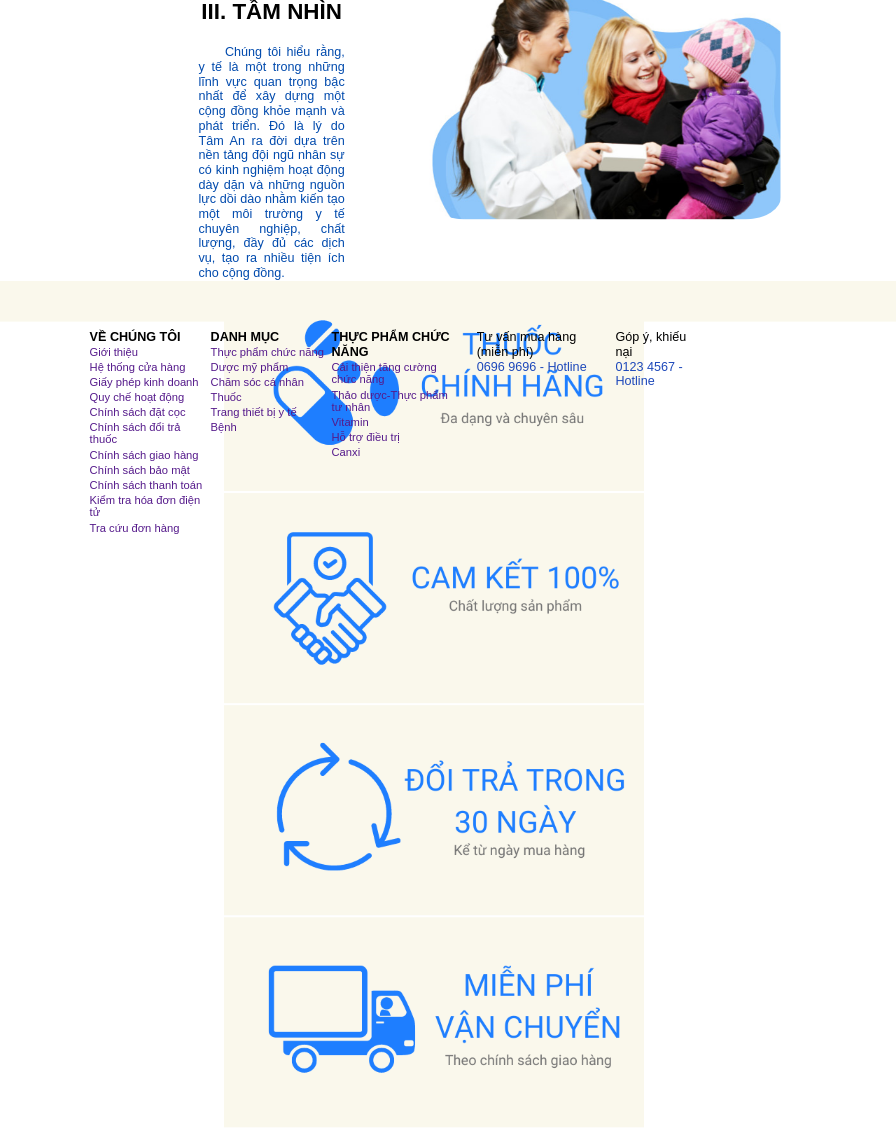
Repository: ViralAIWorks/TamAnPharmacy.github.io
Page: pages/thongtin.html
The author's editor kept a copy of each file at every save. The page is drawn from the files as they stood at one save, then again after the next save.
The browser window is 1280 px wide. The pictures show the part of the page from y = 2118 to 4038 px (the page is 3732 px tall before and 4038 px after), at 70% of full size.
Some web fonts or font styles are not loaded; a fallback is used.

Above is the page before, as saved 2022-03-16 08:36:09.

After the next save:
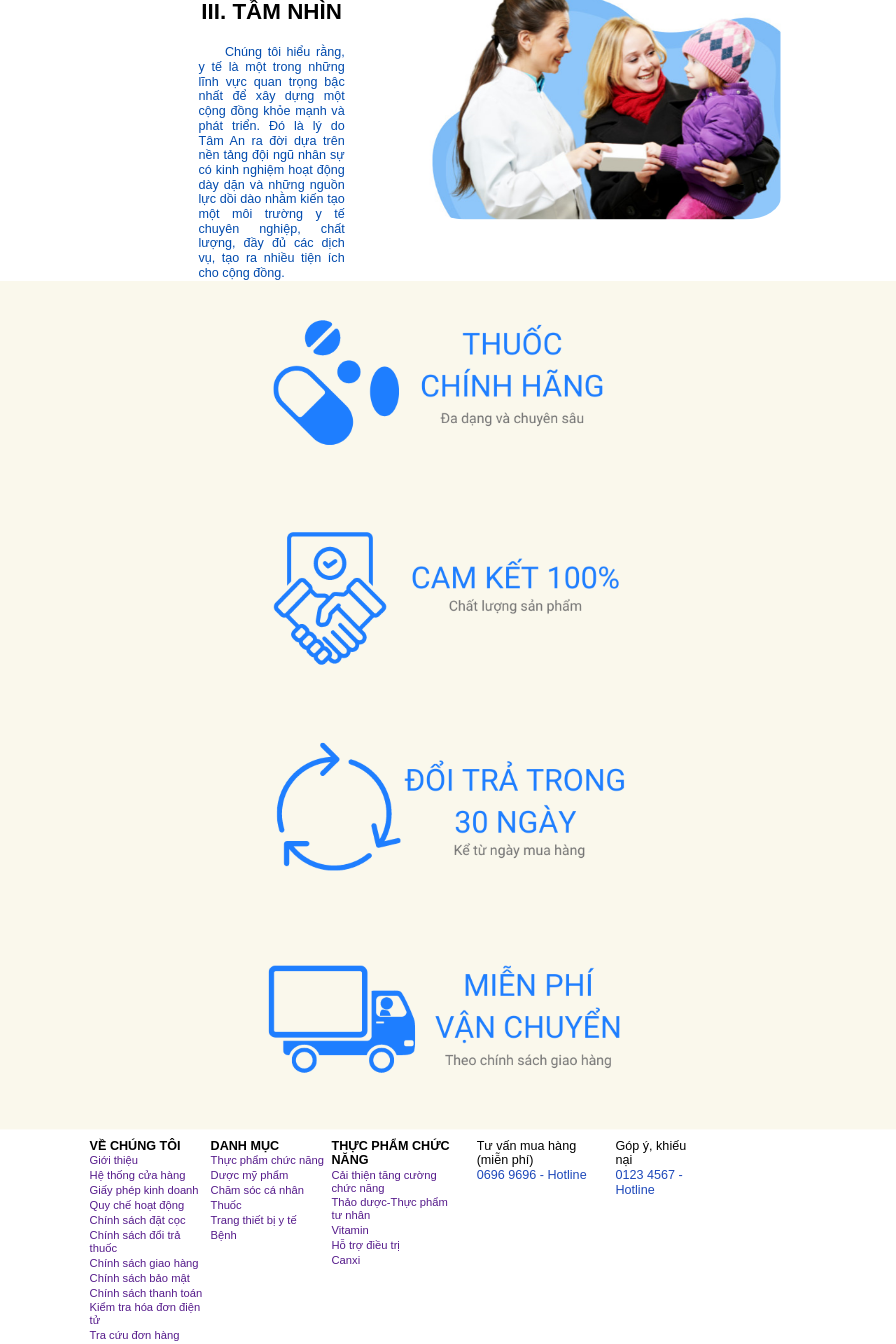
Saved 3 min 45 s later.
--- a/pages/style/style_cactrang.css
+++ b/pages/style/style_cactrang.css
@@ -527,6 +527,7 @@ main {
 
 .ft-bar {
     background-color: #faf8ec;
+    height: 50%;
 }
 
 .ft-bar .ft-display_img {
